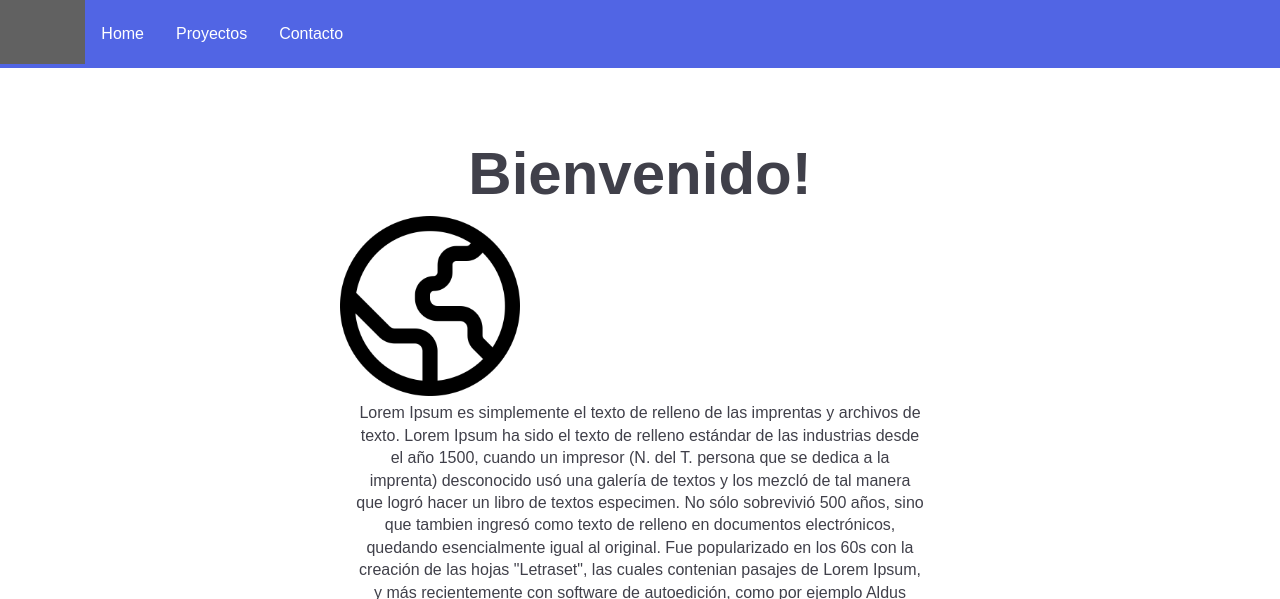
Repository: robsonmarkes/accesibilidad
Page: index.html
These files come from the project's save history. The page is drawn as it stood at one moment and after the next save; the edit follows.
The browser window is 1280 px wide. The pictures show the part of the page from y = 0 to 599 px (the page is 2914 px tall before and 2795 px after).
Pictures or frames that could not be fetched are drawn as grey boxes. A picture or video elsewhere on the page could not be fetched, so the positions and the page height are approximate.

Above is the page before, as saved 2022-10-13 10:34:57.

### index.html
<!DOCTYPE html>
<html lang="en">
<head>
    <meta charset="UTF-8">
    <meta http-equiv="X-UA-Compatible" content="IE=edge">
    <meta name="viewport" content="width=device-width, initial-scale=1.0">
    <title>Mi empresa portal</title>
    <link rel="stylesheet" href="style.css">
    <link rel="stylesheet" href="slides.css">
</head>
<body>
    <!-- wrong way -->
    <div class="wrap">
        <div class="header">
            <a href="http://google.com" class="logo">
                <img src="https://www.pngarts.com/files/3/Logo-PNG-Transparent-Image.png" alt="" srcset="">
            </a>
            <ul>
                <li>
                    <a href="#" target="_blank" rel="noopener noreferrer">Home</a>
                </li>
                <li>
                    <a href="#" target="_blank" rel="noopener noreferrer">Proyectos</a>
                </li>
                <li>
                    <a href="#" target="_blank" rel="noopener noreferrer">Contacto</a>
                </li>
            </ul>
        </div>
        <div class="content">
            <div class="article">
                <h1>Bienvenido!</h1>
                <img class="decorative-image" src="assets/world.png"/>
                <p>
                    Lorem Ipsum es simplemente el texto de relleno de las imprentas y archivos de texto. Lorem Ipsum ha sido el texto de relleno estándar de las industrias desde el año 1500, cuando un impresor (N. del T. persona que se dedica a la imprenta) desconocido usó una galería de textos y los mezcló de tal manera que logró hacer un libro de textos especimen. No sólo sobrevivió 500 años, sino que tambien ingresó como texto de relleno en documentos electrónicos, quedando esencialmente igual al original. Fue popularizado en los 60s con la creación de las hojas "Letraset", las cuales contenian pasajes de Lorem Ipsum, y más recientemente con software de autoedición, como por ejemplo Aldus PageMaker, el cual incluye versiones de Lorem Ipsum.
                </p>
                <div class="buttons">
                    <button class="primary">Empezar!</button>
                    <button class="secondary">Contacto</button>
                </div>
            </div>
            <hr />
            <div class="article">
                <div>
                    <h1>Nuestra empresa</h1>
                    <p>
                        Es un hecho establecido hace demasiado tiempo que un lector se distraerá con el contenido del texto de un sitio mientras que mira su diseño. El punto de usar Lorem Ipsum es que tiene una distribución más o menos normal de las letras, al contrario de usar textos como por ejemplo "Contenido aquí, contenido aquí". Estos textos hacen parecerlo un español que se puede leer. Muchos paquetes de autoedición y editores de páginas web usan el Lorem Ipsum como su texto por defecto, y al hacer una búsqueda de "Lorem Ipsum" va a dar por resultado muchos sitios web que usan este texto si se encuentran en estado de desarrollo. Muchas versiones han evolucionado a través de los años, algunas veces por accidente, otras veces a propósito (por ejemplo insertándole humor y cosas por el estilo).
                    </p>
                </div>
                <img src="https://cdn-dynmedia-1.microsoft.com/is/image/microsoftcorp/O2019-Hero-image-x2:VP1-539x440?resMode=sharp2&op_usm=1.5,0.65,15,0&wid=1920&hei=720&qlt=75&fit=constrain" alt="Empleados mirando sus nuevos proyectos">
            </div>
            <hr />

            <div class="article" id="projects">
                <div>
                    <h1>Proyectos</h1>
                    <p>
                        Mira algunos de nuestros proyectos!
                    </p>
                    <section class="slider-wrapper">
                        <button class="slide-arrow" id="slide-arrow-prev">
                          &#8249;
                        </button>
                        <button class="slide-arrow" id="slide-arrow-next">
                          &#8250;
                        </button>
                        <ul class="slides-container" id="slides-container">
                          <li class="slide">
                            <img src="https://www.unir.net/wp-content/uploads/2021/02/Pro1.jpg" alt="">
                          </li>
                          <li class="slide">
                            <img src="https://gerens.pe/blog/wp-content/uploads/2018/08/gestion-de-proyecto.jpg" alt="">
                          </li>
                          <li class="slide">
                            <img src="https://www.il3.ub.edu/blog/wp-content/uploads/2021/10/iStock-1279738776.jpg" alt="">
                          </li>
                          <li class="slide">
                            <img src="https://www.obsbusiness.school/sites/obsbusiness.school/files/images/tipos%20de%20proyectos-min_0.jpg" alt="">
                          </li>
                        </ul>
                      </section>
                </div>

            </div>
            <hr />

            <div class="article">
                <h1>¡Escribanos!</h1>
                <p>
                    Al contrario del pensamiento popular, el texto de Lorem Ipsum no es simplemente texto aleatorio..
                </p>
                <form action="">
                    <fieldset>
                        <legend>En formulário de ejemplo</legend>
                        <div class="form-group">
                            <label for="name">nombre:</label>
                            <input type="text" name="name" id="name" placeholder="Escriba su nombre">
                            <span class="validator hidden" id="validate-name"></span>
                        </div>
                        <div class="form-group">
                            <label for="email">correo:</label>
                            <input type="text" name="email" id="email" placeholder="Escriba su correo">
                            <span class="validator hidden" id="validate-email"></span>
                        </div>
                        <div class="form-group">
                            <label for="message">mensaje:</label>
                            <textarea name="message" id="message" cols="30" rows="10" placeholder="Escriba su mensaje"></textarea>
                            <span class="validator hidden" id="validate-message"></span>
                        </div>
                        <button id="send-message" disabled>Enviar!</button>
                    </fieldset>
                </form>
            </div>
        </div>
        <div class="footer">
            <span>Navegación rápida</span>
            <ul>
                <li>
                    <a href="#" target="_blank" rel="noopener noreferrer">Home</a>
                </li>
                <li>
                    <a href="#" target="_blank" rel="noopener noreferrer">Sobre</a>
                </li>
                <li>
                    <a href="#" target="_blank" rel="noopener noreferrer">Proyectos</a>
                </li>
                <li>
                    <a href="#" target="_blank" rel="noopener noreferrer">Contacto</a>
                </li>
            </ul>
        </div>

        <div class="background-modal close-modal" id="background-modal"></div>
        <div class="modal close-modal" id="modal">
            <span class="close-btn" id="close-btn">x</span>
            <h2 class="title">Estas seguro que quieres enviar?</h2>
            <span class="text">La acción no puede ser deshecha.</span>
            <div class="buttons">
                <button id="close-btn">¡Si!</button>
                <button id="close-btn">¡No!</button>
            </div>
        </div>

    </div>
</body>
<script src="scripts.js"></script>
</html>

### style.css
:root {
    --primary-bg: rgb(81, 101, 228);
    --primary-color: #ffffff;
    --secondary-bg: #ffffff;
    --secondary-color: rgb(64, 64, 74);
    --body-bg: rgb(64, 64, 74);
    --transition-time: 0.2s;
  }

body, * {
    margin: 0;
    padding: 0;
    list-style-type: none;
    text-decoration: none;
    font-family:Arial, Helvetica, sans-serif;
    color: var(--secondary-color);
    box-sizing: border-box;
}

body a:hover {
    color: var(--primary-color);
}

.wrap {
    width: 100%;
    height: auto;
    margin: 0 auto;

}

.wrap .header {
    display: flex;
    align-items: center;
    background-color: var(--primary-bg);
}

.wrap .header  img {
    filter: invert(100%);
    height: 64px;
}

.wrap .header ul {
    display: flex;
}
.wrap .header ul li {
    padding: 1rem;
}
.wrap .header a {
    color: var(--primary-color);
}

.wrap .content {
    width: 100%;
    min-width: 400px;
    margin: 0;
}

.wrap .content hr {
    color: var(--body-bg);
    opacity: 0.2;
}

.wrap .content .article {
    margin: 0 auto;
    padding: 64px 0 48px;
    max-width: 600px;
    line-height: 1.4;
}

.wrap .content .article h1, h2, h3 {
    font-size: 3.75rem;
    padding-bottom: 0.35;
    text-align: center;
}

.wrap .content .article p {
    font-size: 1rem;
    text-align: center;
    padding: 0 1rem 1rem;
}

.wrap .content .article img {
    margin: 0 auto;
    max-width: 100%;
    align-self: center;
}

.wrap .content .article .decorative-image {
    max-width: 30%;
    margin: 0 auto;
}

.wrap .content .article .buttons {
    max-width: 220px;
    margin: 0 auto;
    display: flex;
}

.wrap .content .article .buttons button {
    font-size: 1rem;
    padding: 0.5rem 1rem;
    margin: 4px;
    border: 2px solid;
    border-radius: 4px;
    cursor: pointer;
    background-color: transparent;
}

.wrap .content .article .buttons button.primary {
    background-color: var(--primary-color);
    color: var(--primary-bg);
    transition: var(--transition-time) background-color;
}

.wrap .content .article .buttons button.primary:hover {
    background-color: var(--primary-bg);
    color: var(--primary-color);
    border-color: var(--primary-bg);
}

.wrap .content .article .buttons button.secondary {
    background-color: var(--secondary-color);
    color: var(--secondary-bg);
    border-color: var(--secondary-color);
    transition: var(--transition-time) background-color;
}

.wrap .content .article .buttons button.secondary:hover {
    background-color: var(--secondary-bg);
    color: var(--secondary-color);
    border-color: var(--secondary-color);
}

.wrap .content .article form {
    width: 100%;
    margin: 0 auto;
}

.wrap .content .article form fieldset {
    display: flex;
    flex-direction: column;
    align-items: center;
    border-color: transparent;
}

.wrap .content .article form fieldset legend {
    opacity: 0;
    font-size: 0px;
}

.wrap .content .article form .form-group {
    width: 100%;
    display: block;
}

.wrap .content .article form .form-group label {
    opacity: 0;
    font-size: 0px;
}

.wrap .content .article form .form-group input, .wrap .content .article form .form-group textarea {
    font-size: 1rem;
    padding: 0.8rem 1rem;
    margin: 0.5rem;
    border: 2px solid #ddd;
    border-radius: 6px;
    width: 90%;
}

.wrap .content .article form fieldset button {
    font-size: 1rem;
    width: 160px;
    margin: 0 auto;
    padding: 0.5rem 1rem;
    margin: 4px;
    border: 2px solid;
    border-radius: 4px;
    cursor: pointer;
    background-color: var(--primary-color);
    color: var(--primary-bg);
    transition: var(--transition-time) background-color;
}

.wrap .content .article form fieldset button:hover {
    background-color: var(--primary-bg);
    color: var(--primary-color);
    border-color: var(--primary-bg);
}

.wrap .content .article form fieldset button[disabled] {
    background: rgb(184, 181, 181);
    color: rgb(102, 100, 100);
}

.wrap .content .article form fieldset .validator {
    font-size: 0.8rem;
    margin-left: 1rem;
    color: red;
}

.wrap .content .article form fieldset .hidden {
    display: none;
}


.wrap .footer {
    display: flex;
    flex-direction: column;
    align-items: center;
    padding: 1rem;
    background-color: var(--primary-bg);
}

.wrap .footer span {
    color: var(--primary-color);
    font-size: small;
    padding-bottom: 1rem;
}

.wrap .footer  ul {
    display: flex;
}

.wrap .footer  ul li a {
    color: var(--primary-color);
    padding: 1rem;
}

/* modal */

.wrap .background-modal {
    width: 100%;
    height: 100%;
    top: 0;
    left: 0;
    opacity: 0.4;
    position: fixed;
    background-color: black;
    z-index: 2;
}

.wrap .modal {
    width: 600px;
    height: 268px;
    position: fixed;
    top: 12%;
    left: calc((100vw - 600px)/2);
    background-color:#fff;
    z-index: 3;
    margin: 0 auto;
}

.wrap .modal .title, .wrap .modal .text {
    text-align: center;
}

.wrap .modal .title {
    font-size: 2rem;
    padding: 3rem 2rem;
}

.wrap .modal .text {
    display: block;
    font-size: 1.5rem;
    color:rgb(89, 89, 93)
}

.wrap .modal .buttons {
    width: 142px;
    margin: 0 auto;
    display: flex;
}

.wrap .modal .buttons button {
    padding: 0.4rem 1rem;
    margin: 1rem 4px;
    font-size: 1rem;
    border: 2px solid;
    border-radius: 4px;
    cursor: pointer;
    background-color: var(--primary-color);
    color: var(--primary-bg);
    transition: var(--transition-time) background-color;
}

.wrap .modal .buttons button:hover {
    background-color: var(--primary-bg);
    color: var(--primary-color);
    border-color: var(--primary-bg);
}

.wrap .modal .close-btn {
    font-size: 1.2rem;
    position: absolute;
    top: 6px;
    left: calc(600px - 20px);
    cursor: pointer;
    color: var(--secondary-color);
    transition: var(--transition-time) color;
}

.wrap .modal .close-btn:hover {
    color: var(--primary-bg);
}

.close-modal {
    visibility: hidden;
}

### slides.css
#projects {
    max-width: 70%;
}

#projects .slide img {
    width: 100%;
    height: 100%;
    padding: 0;
}


.slider-wrapper {
    margin: 1rem;
    position: relative;
    overflow: hidden;
  }

  .slides-container {
    /* height: calc(100vh - 2rem); */
    height: 394px;
    width: 100%;
    display: flex;
    overflow: scroll;
    scroll-behavior: smooth;
    list-style: none;
    margin: 0;
    padding: 0;
  }

  .slide-arrow {
    position: absolute;
    display: flex;
    top: 0;
    bottom: 0;
    margin: auto;
    height: 4rem;
    background-color: white;
    border: none;
    width: 2rem;
    font-size: 3rem;
    padding: 0;
    cursor: pointer;
    opacity: 0.5;
    transition: opacity 100ms;
  }

  .slide-arrow:hover,
  .slide-arrow:focus {
    opacity: 1;
  }

  #slide-arrow-prev {
    left: 0;
    padding-left: 0.25rem;
    border-radius: 0 2rem 2rem 0;
  }

  #slide-arrow-next {
    right: 0;
    padding-left: 0.75rem;
    border-radius: 2rem 0 0 2rem;
  }

  .slide {
    width: 100%;
    height: 100%;
    flex: 1 0 100%;
    margin: 0;
    padding: 0;
  }

  .slide:nth-child(1) {
    background-color: #49b293;
  }

  .slide:nth-child(2) {
    background-color: #b03532;
  }

  .slide:nth-child(3) {
    background-color: #6a478f;
    margin: 0;
  }

  .slide:nth-child(4) {
    background-color: #da6f2b;
  }

### scripts.js
const init = () => {
    const backgroundModal = document.querySelector(`#background-modal`);
    const modal = document.querySelector(`#modal`);
    const sendButton = document.querySelector(`#send-message`);
    const closeBtn = document.querySelectorAll(`#close-btn`);
    const hiddenClass = `close-modal`;

    const form = document.querySelectorAll(`input[type="text"], textarea`);

    const validForm = (input) => {

        const message = document.querySelector(`#validate-${input[`name`]}`);

        const showMessage = (messageText) => {
            message.innerHTML = messageText
            message.classList.contains(`hidden`) ? message.classList.remove(`hidden`) : null;
        };

        const hideMessage = () => {
            message.innerHTML = ``
            !message.classList.contains(`hidden`) ? message.classList.add(`hidden`) : null;
        };

        const validateName = (input) => {
            input.value.length > 2 ? hideMessage() : showMessage(`El campo nome no puede estar vacío`);
            return input.value.length > 2;
        };

        const validateEmail = (input) => {
            const validMail = String(input.value)
            .toLowerCase()
            .match(/^(([^<>()[\]\\.,;:\s@"]+(\.[^<>()[\]\\.,;:\s@"]+)*)|(".+"))@((\[[0-9]{1,3}\.[0-9]{1,3}\.[0-9]{1,3}\.[0-9]{1,3}\])|(([a-zA-Z\-0-9]+\.)+[a-zA-Z]{2,}))$/);
            !validMail ? showMessage(`Correo inválido.`) : hideMessage();
            return !validMail ? false : true;
        };

        const validateMessage = (input) => {
            input.value.length < 5 ? showMessage(`Mensaje demasiado corto.`) : hideMessage();
            return input.value.length > 5 ? true : false;
        };

        if(input[`name`] == `name`) {
            return validateName(input);
        }

        if(input[`name`] == `email`) {
            return validateEmail(input);
        }

        if(input[`name`] == `message`) {
            return validateMessage(input);
        }

    }

    const toggleModal = (event) => {
        event.preventDefault();
        if(backgroundModal.classList.contains(hiddenClass) && modal.classList.contains(hiddenClass)) {
            backgroundModal.classList.remove(hiddenClass);
            modal.classList.remove(hiddenClass);
        } else {
            backgroundModal.classList.add(hiddenClass);
            modal.classList.add(hiddenClass);
        }
    };

    //listeners
    form.forEach(input => {
        input.addEventListener(`keyup`, _ => {
            validForm(input) ? sendButton.removeAttribute(`disabled`) : sendButton.setAttribute(`disabled`, true);
        });
    });

    sendButton.addEventListener(`click`, e => {
        const sentences = [];
        form.forEach(input => sentences.push(validForm(input)));
        if(!sentences.includes(false)) {
            sendButton.removeAttribute(`disabled`);
            toggleModal(e);
        } else {
            sendButton.setAttribute(`disabled`, true);
        }
    });

    closeBtn.forEach(btn => btn.addEventListener(`click`, toggleModal));


    //slides
    const slidesContainer = document.getElementById("slides-container");
    const slide = document.querySelector(".slide");
    const prevButton = document.getElementById("slide-arrow-prev");
    const nextButton = document.getElementById("slide-arrow-next");

    nextButton.addEventListener("click", () => {
        const slideWidth = slide.clientWidth;
        slidesContainer.scrollLeft += slideWidth;
    });

    prevButton.addEventListener("click", () => {
        const slideWidth = slide.clientWidth;
        slidesContainer.scrollLeft -= slideWidth;
    });

};

document.addEventListener(`DOMContentLoaded`, init);

After the next save:
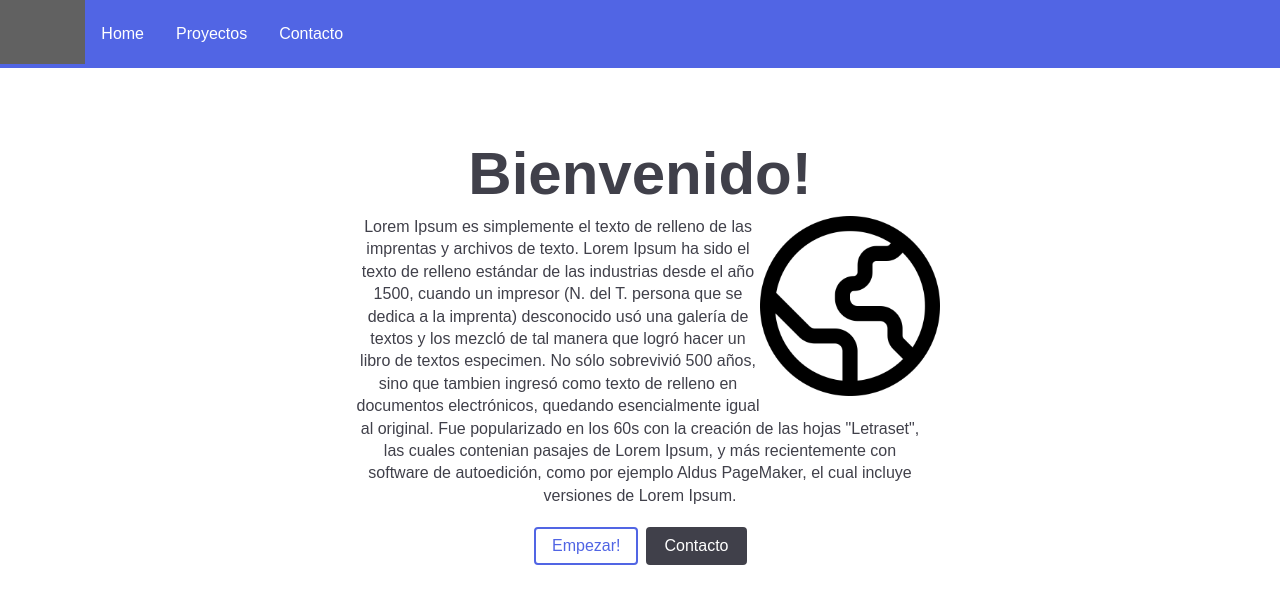
Saved 28 s later.
--- a/style.css
+++ b/style.css
@@ -82,12 +82,12 @@ body a:hover {
 .wrap .content .article img {
     margin: 0 auto;
     max-width: 100%;
-    align-self: center;
 }
 
 .wrap .content .article .decorative-image {
     max-width: 30%;
-    margin: 0 auto;
+    float: right;
+
 }
 
 .wrap .content .article .buttons {
